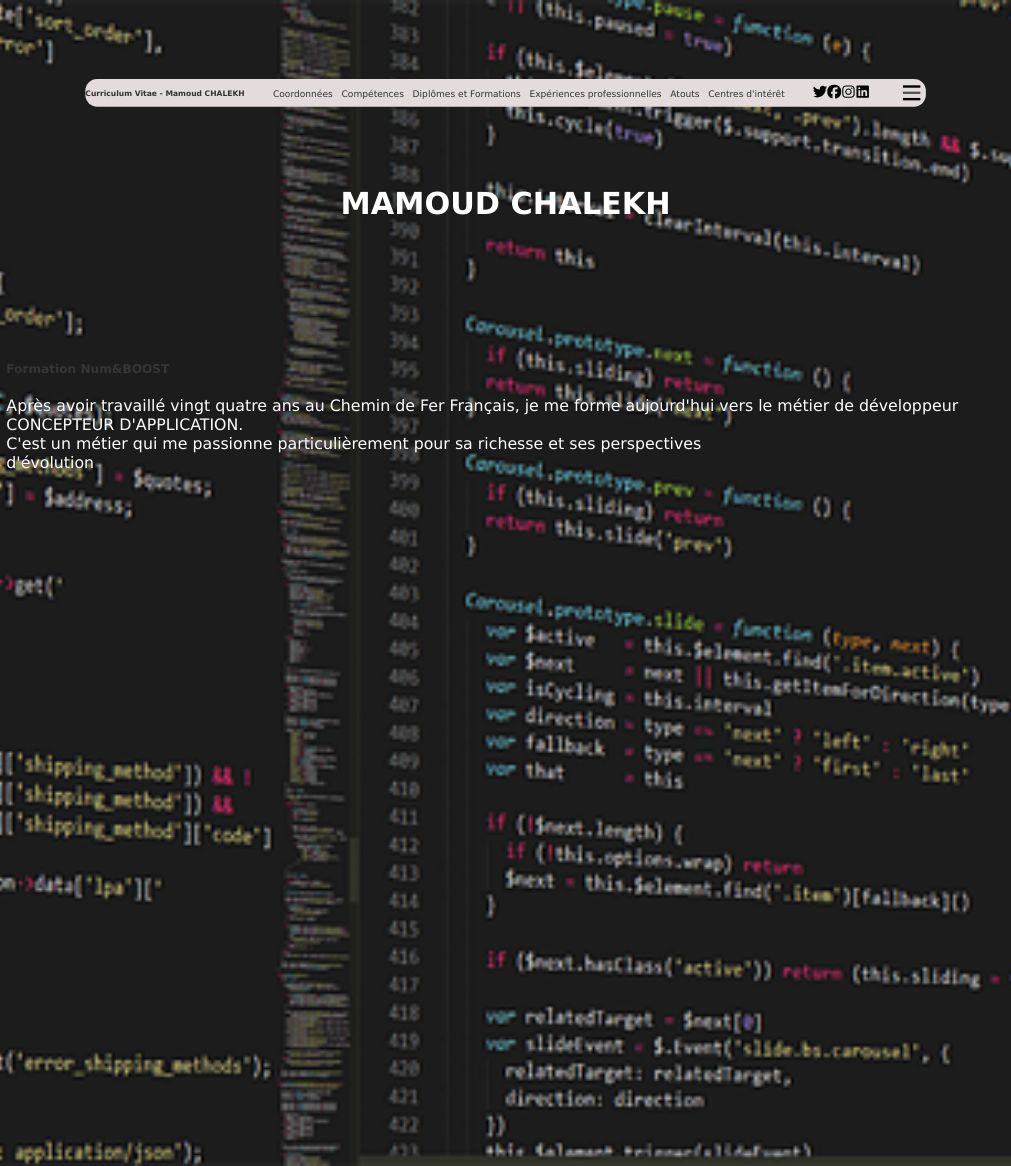
Repository: ChalekhMamoud/Mamoud
Page: accueil.html
These files come from the project's save history. The page is drawn as it stood at one moment and after the next save; the edit follows.
The browser window is 1280 px wide. The pictures show the whole page, at 79% of full size.

Above is the page before, as saved 2025-01-02 13:46:13.

After the next save:
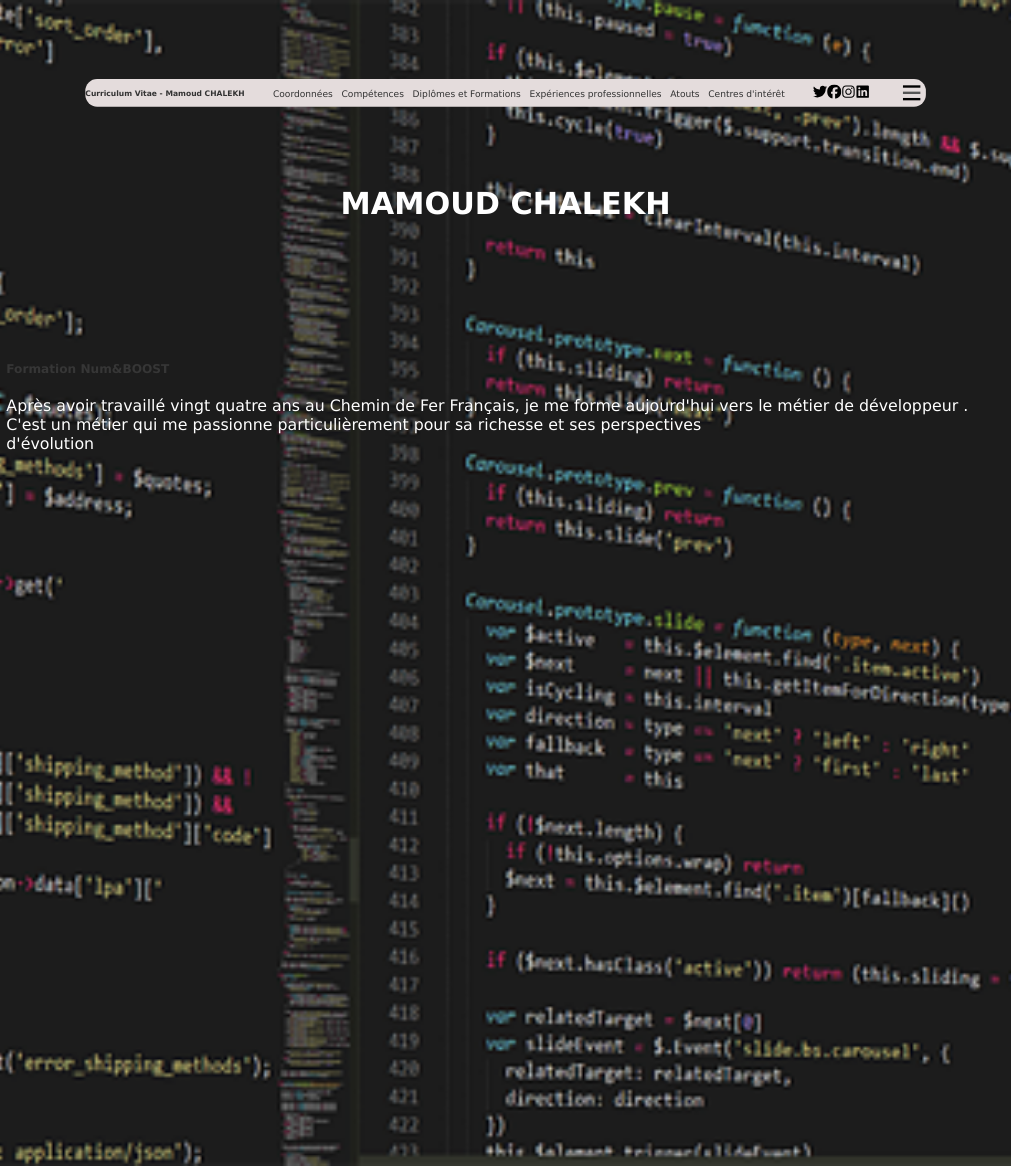
Saved 55 s later.
--- a/accueil.html
+++ b/accueil.html
@@ -110,7 +110,7 @@
         <br>
         <p class="p_accueil"><strong>Formation Num&BOOST</strong><span class="form"><br> <br>
                 Après avoir travaillé vingt quatre ans au Chemin de Fer Français, je me forme
-                aujourd'hui vers le métier de développeur CONCEPTEUR D'APPLICATION.<BR>
+                aujourd'hui vers le métier de développeur .<BR>
                 C'est un métier qui me passionne particulièrement pour sa richesse et ses
                 perspectives d'évolution
             </span>
